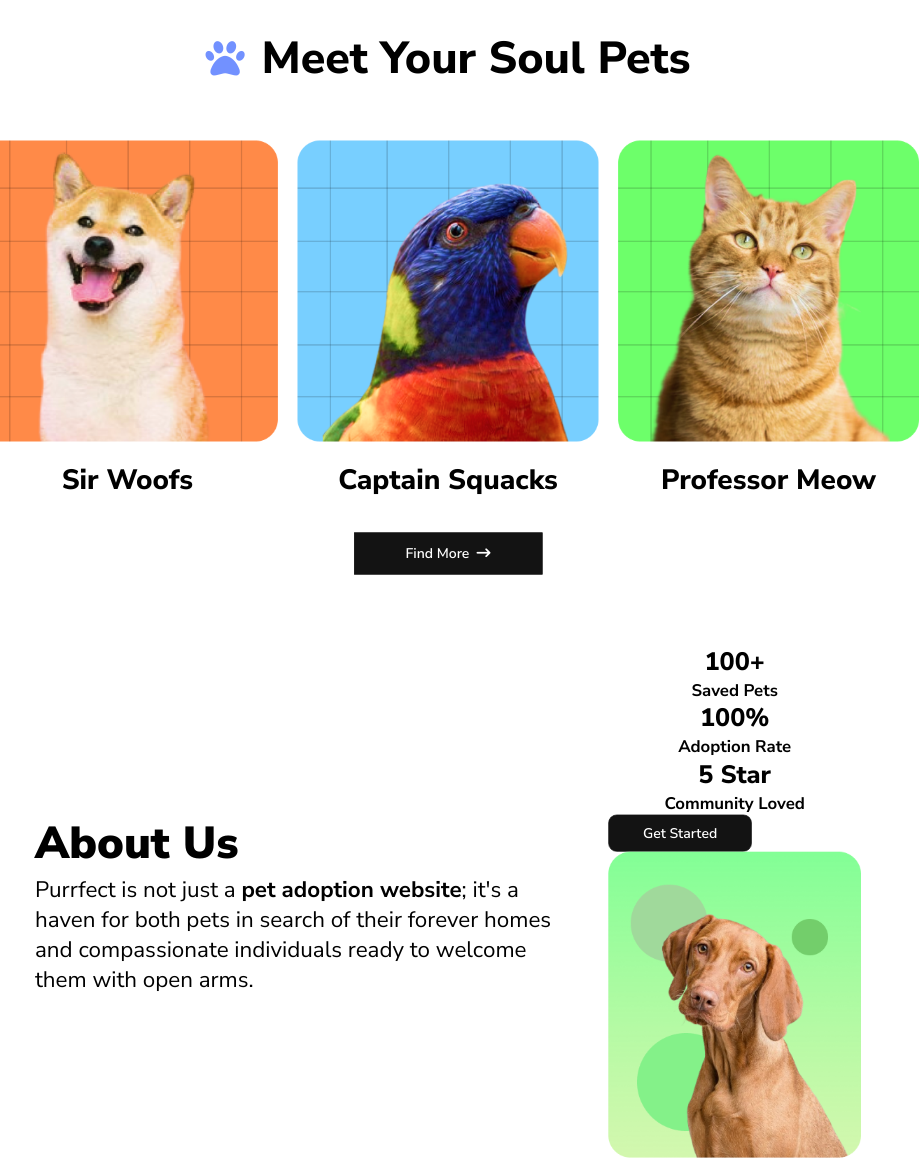
Repository: prashidika/purrfect-pet-adoption
Page: index.html
The author's editor kept a copy of each file at every save. The page is drawn from the files as they stood at one save, then again after the next save.
The browser window is 1280 px wide. The page is 1313 px wide, so the pictures cover 1313 px, including what lies to the right of the window. The pictures show the part of the page from y = 1884 to 3764 px (the page is 3544 px tall before and 3764 px after), at 70% of full size.
Some web libraries are served in a nearby version.

Above is the page before, as saved 2025-08-27 22:51:35.

### index.html
<!DOCTYPE html>
<html lang="en">

<head>
    <meta charset="UTF-8" />
    <!-- Use for responsiveness -->
    <meta name="viewport" content="width=device-width, initial-scale=1.0" />
    <!-- link To CSS -->
    <link rel="stylesheet" href="style.css" />
    <!-- link To JS -->
    <script src="index.js" defer></script>
    <!-- For Scroll Reveal -->
    <script src="https://unpkg.com/scrollreveal"></script>
    <!-- For Icons -->
    <link rel="stylesheet" href="https://cdnjs.cloudflare.com/ajax/libs/font-awesome/6.5.2/css/all.min.css"
        integrity="sha512-SnH5WK+bZxgPHs44uWIX+LLJAJ9/2PkPKZ5QiAj6Ta86w+fsb2TkcmfRyVX3pBnMFcV7oQPJkl9QevSCWr3W6A=="
        crossorigin="anonymous" referrerpolicy="no-referrer" />
    <!-- Link For Gsap -->
    <script src="https://cdnjs.cloudflare.com/ajax/libs/gsap/3.12.5/gsap.min.js"
        integrity="sha512-7eHRwcbYkK4d9g/6tD/mhkf++eoTHwpNM9woBxtPUBWm67zeAfFC+HrdoE2GanKeocly/VxeLvIqwvCdk7qScg=="
        crossorigin="anonymous" referrerpolicy="no-referrer"></script>
    <!-- Link For Gsap - Scroll Trigger -->
    <script src="https://cdnjs.cloudflare.com/ajax/libs/gsap/3.12.5/ScrollTrigger.min.js"
        integrity="sha512-onMTRKJBKz8M1TnqqDuGBlowlH0ohFzMXYRNebz+yOcc5TQr/zAKsthzhuv0hiyUKEiQEQXEynnXCvNTOk50dg=="
        crossorigin="anonymous" referrerpolicy="no-referrer"></script>
    <!-- Link For Lenis - Smooth Scrolling -->
    <script src="https://unpkg.com/@studio-freight/lenis@1.0.42/dist/lenis.min.js"></script>
    <!-- Link For Split Type -->
    <script src="https://cdn.jsdelivr.net/npm/split-type@0.3.4/umd/index.min.js"></script>

    <title>Purrfect | Pet Adoption</title>
</head>

<body></body>

</html>

<!-- Navbar -->
<nav>
    <a href="index.html" class="brand">
        <h1>Purr<b class="accent">fect</b></h1>
    </a>

    <div class="menu">
        <div class="btn">
            <i class="fas fa-times close-btn" aria-label="Close menu"></i>
        </div>
        <a href="index.html">Home</a>
        <a href="index.html#pets">Pets</a>
        <a href="index.html#requirements">Requirements</a>
        <a href="index.html#about">About</a>
        <a href="index.html#stories">Stories</a>
    </div>

    <button class="btn-2" onclick="window.location.href='contact.html'">
        <p>Contact Us</p>
        <i class="fa-solid fa-circle-arrow-right"></i>
    </button>

    <div class="btn">
        <i class="fas fa-bars menu-btn" aria-label="Open menu"></i>
    </div>
</nav>
<!-- Navbar End ---->

<!-- Hero Page Section -->
<section class="heropage">
    <div class="hero-headlines">
        <h1>Find Your Purrfect Pet Soul Today!</h1>
        <p>
            Discover Your Perfect Companion in Our Selection of Loving Pets
            Available for Adoption.

        </p>
        <div class="hero-headlines-buttons">
            <button class="btn-3">Our Pets</button>
            <button class="btn-3 btn-transparent">Contact Us</button>
        </div>
    </div>
    <div class="hero-images">
        <img src="img/hero-img-1.png" alt="img" />
        <img src="img/hero-img-2.png" alt="img" />
        <img src="img/hero-img-3.png" alt="img" />
    </div>
</section>

<!-- Hero Page Section End -->

<!-- Requirement Section -->

<section class="requirements" id="requirements">
    <div class="requirements-headlines">
        <p>Our process is simple and filled with joy every step of the way</p>

        <div class="r-item-container">
            <!-- r item 1 -->
            <div class="r-item">
                <div class="r-logo" style="background-color: #b9ff46">
                    <i class="fa-regular fa-newspaper"></i>
                </div>
                <h5>Submitting an application</h5>
            </div>
            <!-- r item 2 -->
            <div class="r-item">
                <div class="r-logo" style="background-color: #fff846">
                    <i class="fa-solid fa-phone"></i>
                </div>
                <h5>Attending a online interview</h5>
            </div>

            <!-- r item 3 -->
            <div class="r-item">
                <div class="r-logo" style="background-color: #ff8846">
                    <i class="fa-solid fa-paw"></i>
                </div>
                <h5>Meeting the pet in person</h5>
            </div>

            <!-- r item 4 -->
            <div class="r-item">
                <div class="r-logo" style="background-color: #46c7ff">
                    <i class="fa-regular fa-file-zipper"></i>
                </div>
                <h5>Signing an adoption agreement</h5>
            </div>

            <!-- r item 5 -->
            <div class="r-item">
                <div class="r-logo" style="background-color: #4fffca">
                    <i class="fa-solid fa-handshake"></i>
                </div>
                <h5>Congratulations on finding a match</h5>
            </div>
        </div>
    </div>
    <img src="img/requirements-img.png" alt="img" />
</section>
<!-- Requirement Section End -->


<!-- Pets Section -->
<!-- Pets Section -->
<section class="pets" id="pets">
    <div class="pets-headlines">
        <i class="fa-solid fa-paw"></i>
        <h1>Meet Your Soul Pets</h1>
    </div>

    <div class="pets-collection">
        <div class="pet-item">
            <img src="img/pet-item-1.png" alt="Sir Woofs" />
            <h3>Sir Woofs</h3>
        </div>
        <div class="pet-item">
            <img src="img/pet-item-2.png" alt="Sir Woofs" />
            <h3>Captain Squacks</h3>
        </div>
        <div class="pet-item">
            <img src="img/pet-item-3.png" alt="Sir Woofs" />
            <h3>Professor Meow</h3>
        </div>
    </div>
    </div>

    <button class="btn-3 btn-pets">
        <p>Find More</p>
        <i class="fa-solid fa-arrow-right-long"></i>
    </button>
</section>
</section>
<!-- Pets Section End -->

<!-- About Section -->


<div class="about" id="about">
    <div class="about-headlines">
        <h1>About Us</h1>
        <p class="reveal-type" data-bg-color="#cccccc" data-fg-color="black">
            Purrfect is not just a <b>pet adoption website</b>; it's a haven for both
            pets in search of their forever homes and compassionate individuals ready
            to welcome them with open arms.
        </p>
    </div>

    <div class="about-info-divider">
        <div class="about-info-item">
            <h5>100+</h5>
            <h6>Saved Pets</h6>
        </div>
        <div class="about-info-divider">
            <div class="about-info-item">
                <h5>100%</h5>
                <h6>Adoption Rate</h6>
            </div>
            <div class="about-info-divider">
                <div class="about-info-item">
                    <h5>5 Star</h5>
                    <h6>Community Loved</h6>
                </div>
            </div>

            <button class="btn-3">Get Started</button>
        </div>

        <img src="img/about-img.png" alt="img" />

    </div>
    <!-- About Section End -->
    </body>

    </html>

### style.css
@import url("https://fonts.googleapis.com/css2?family=Nunito+Sans:ital,opsz,wght@0,6..12,200..1000;1,6..12,200..1000&display=swap");

* {
    margin: 0;
    padding: 0;
    box-sizing: border-box;
    font-family: "Nunito Sans", sans-serif;
}

:root {
    --accent: #ff9a24;
    --black: #131313;
}

body {
    min-height: 100vh;
}

section {
    min-width: 100%;
    min-height: 100vh;
    background-repeat: no-repeat;
    background-position: center;
    background-size: cover;
}

/* Navbar Section */
nav {
    z-index: 999;
    position: fixed;
    top: 0;
    left: 0;
    width: 100%;
    /* Added % */
    display: flex;
    justify-content: space-between;
    align-items: center;
    /* Fixed typo: 'centre' → 'center' */
    color: var(--black);
    background-color: white;
    padding: 30px 50px;
    transition: all 0.4s ease-out;
    filter: drop-shadow(5px 5px 10px transparent);
}

nav.sticky {
    background-color: white;
    filter: drop-shadow(5px 5px 10px #ffbe745e);
}

.brand {
    text-decoration: none;
    transition: all ease-in-out 0.3s;
    color: var(--black);
}

.brand h1 {
    font-size: 32px;
    font-weight: 900;
}

.accent {
    color: var(--accent);
}

.brand:hover {
    /* Fixed typo: 'brand.hover' → 'brand:hover' */
    opacity: 0.8;
}

.menu {
    display: flex;
    justify-content: center;
    /* Fixed typo: 'centre' → 'center' */
    align-items: center;
    gap: 42px;
}

.menu a {
    display: inline-block;
    position: relative;
    color: var(--black);
    text-decoration: none;
    font-size: 24px;
    font-weight: 400;
    border-radius: 32px;
    background-color: white;
    padding: 10px;
    transition: all 0.2s ease-out;
}

.menu a:hover {
    background-color: var(--accent);
    color: white;
}

.btn {
    color: white;
    font-size: 25px;
    cursor: pointer;
    display: none;
}

.btn-2 {
    display: flex;
    align-items: center;
    /* Fixed typo: 'centre' → 'center' */
    gap: 14px;
    font-size: 24px;
    font-weight: 500;
    color: var(--black);
    transition: all ease-in-out 0.2s;
    background-color: transparent;
    border: none;
    cursor: pointer;
}

.btn-2 i {
    font-size: 32px;
    transition: all 0.2s ease-out;
}

/* Fixed typo: '.btn2:hover i' → '.btn-2:hover i' */
.btn-2:hover i {
    color: var(--accent);
}

.btn-2:hover {
    gap: 10px;
}

/* ----------------- Hero Section ----------------- */
.heropage {
    margin-top: 150px;
    display: flex;
    flex-direction: column;
    align-items: center;
    background-image: url("img/hero-background-image.png");
    background-size: cover;
    background-position: center;
    padding: 100px 20px;
}

.hero-headlines {
    display: flex;
    flex-direction: column;
    align-items: center;
    width: 750px;
    text-align: center;
}

.hero-headlines h1 {
    font-size: 64px;
    font-weight: 900;
    margin-bottom: 20px;
    color: var(--black);
}

.hero-headlines p {
    font-size: 24px;
    font-weight: 600;
    margin-bottom: 40px;
    color: var(--black);
}

/* Hero Buttons */
.hero-headlines-buttons {
    display: flex;
    gap: 20px;
    flex-wrap: wrap;
}

.btn-3 {
    width: 205px;
    height: 53px;
    background-color: var(--black);
    font-size: 20px;
    font-weight: 600;
    color: white;
    border-radius: 12px;
    border: 1px solid var(--black);
    cursor: pointer;
    transition: all 0.2s ease-out;
}

.btn-3:hover {
    background-color: var(--accent);
    border-color: var(--accent);
}

/* Transparent Button */
.btn-transparent {
    background-color: transparent;
    color: var(--black);
    border: 1px solid var(--black);
}

.btn-transparent:hover {
    background-color: var(--accent);
    color: white;
    border-color: var(--accent);
}

/* Hero Images */
.hero-images {
    display: flex;
    margin-top: 56px;
    gap: 35px;
}

/* Requirements Section */
.requirements {
    margin-top: 50px;
    align-items: center;
    justify-content: center;
    display: flex;
    background-image: url("img/requirements-background-img.png");
}

.requirements-headlines {
    width: 658px;
}

.requirements-headlines h1 {
    font-size: 96px;
    font-weight: 900;
}

.requirements-headlines p {
    font-size: 32px;
    font-weight: 600;
    margin-bottom: 49px;
}

.r-item-container {
    display: flex;
    flex-direction: column;
    gap: 18px;
}

.r-item {
    display: flex;
    align-items: center;
    gap: 18px;
}

.r-logo {
    width: 50px;
    height: 50px;
    border: 1px solid var(--black);
    border-radius: 100%;
    display: flex;
    align-items: center;
    justify-content: center;
}

.r-logo i {
    font-size: 28px;
}

.r-item h5 {
    font-size: 32px;
    font-weight: 600;
}

/* Pets Section */
.pets {
    display: flex;
    flex-direction: column;
    align-items: center;
    margin-top: 74px;
}

.pets-headlines {
    display: flex;
    justify-content: center;
    align-items: center;
    gap: 24px;
}

.pets-headlines i {
    font-size: 56px;
    color: #7291ff;
}

.pets-headlines h1 {
    font-size: 64px;
    font-weight: 800;
}

.pets-collection {
    display: flex;
    gap: 28px;
    margin-top: 74px;
}

.pet-item {
    display: flex;
    flex-direction: column;
    align-items: center;
    gap: 28px;
    transition: 0.5s ease-out;
}

.pet-item h3 {
    font-size: 40px;
    font-weight: 800;
}

.btn-pets {
    width: 269px;
    height: 60px;
    /* added px */
    display: flex;
    align-items: center;
    justify-content: center;
    gap: 10px;
    border-radius: 0px;
    margin-top: 48px;
}

/* About Section */
.about {
    display: flex;
    align-items: center;
    justify-content: center;
    gap: 40px;
    margin-top: 100px;
    padding: 0 50px;

    /* makes it responsive */
}

.about-headlines {
    display: flex;
    flex-direction: column;
    width: 885px;
}

.about-headlines h1 {
    font-size: 64px;
    font-weight: 900;
}

.about-headlines p {
    font-size: 32px;
    font-weight: 400;
}

.about-info {
    display: flex;
    margin-top: 20px;
    justify-content: center;
    gap: 76px;
    margin-top: 40px;
}

.about-info-item {
    display: flex;
    flex-direction: column;
    align-items: center;
}

.about-info-item h5 {
    font-size: 36px;
    font-weight: 800;
    display: flex;
}

.about-info-item h6 {
    font-size: 24px;
    font-weight: 700;
    display: flex;
}

.about-headlines button {
    margin-top: 48px;
}

.about-headlines button:hover {
    background-color: #5677e6;
}

### index.js
// NAVBAR
const navbar = document.querySelector("nav");

// Scroll effect
window.addEventListener("scroll", () =>
    navbar.classList.toggle("sticky", window.scrollY > 0)
);

// Menu toggle
const menu = document.querySelector(".menu");
const toggleMenu = () => menu.classList.toggle("active");

// Event listeners for open/close menu
document.querySelector(".menu-btn").addEventListener("click", toggleMenu);
document.querySelector(".close-btn").addEventListener("click", toggleMenu);

// Close menu when clicking a link
document
    .querySelectorAll(".menu a")
    .forEach((link) => link.addEventListener("click", toggleMenu));

After the next save:
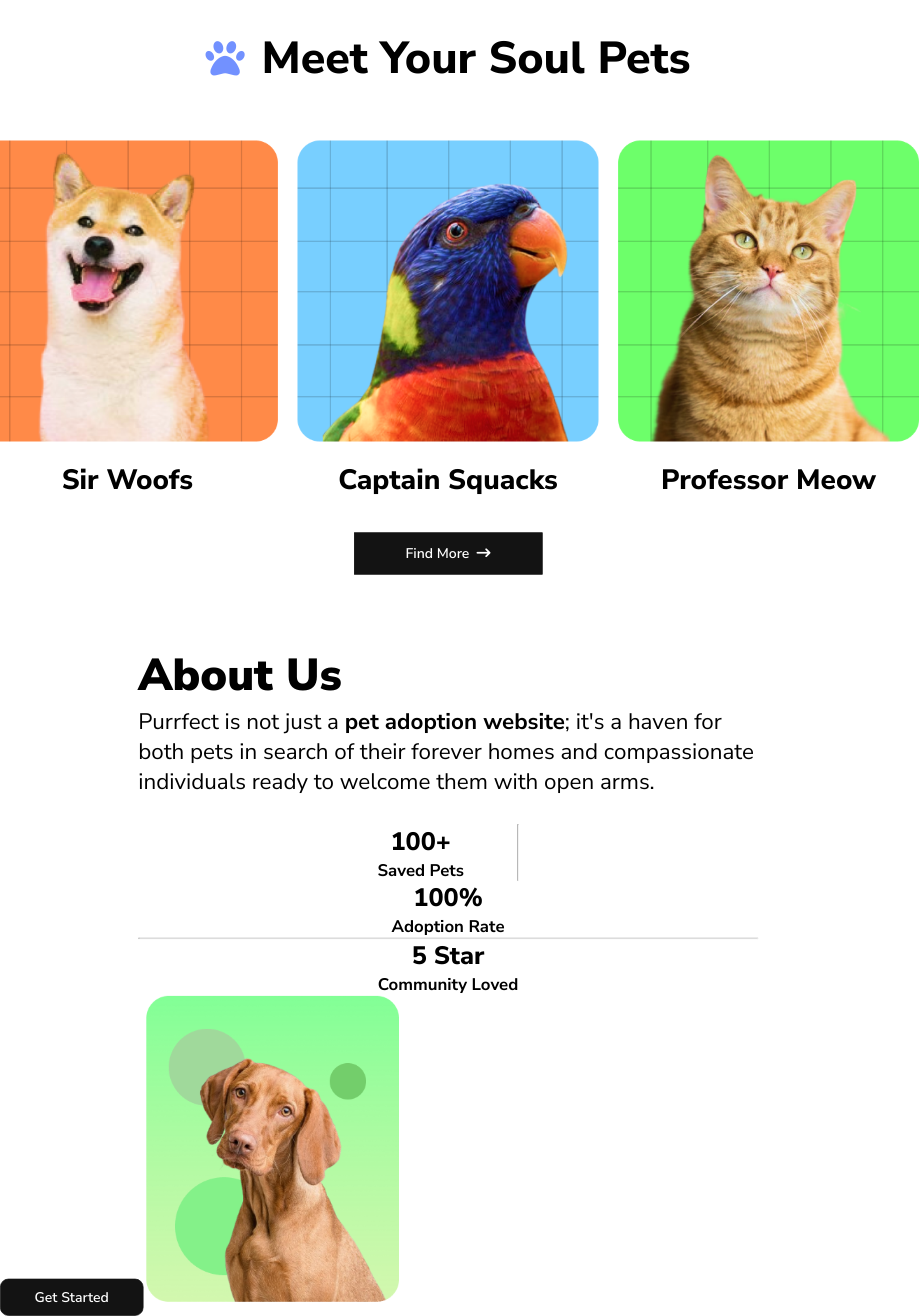
Saved 11 min 54 s later.
--- a/index.html
+++ b/index.html
@@ -181,32 +181,32 @@
             pets in search of their forever homes and compassionate individuals ready
             to welcome them with open arms.
         </p>
-    </div>
-
-    <div class="about-info-divider">
+        <div class="about-info">
+            <div class="about-info-item">
+                <h5>100+</h5>
+                <h6>Saved Pets</h6>
+            </div>
+            <hr class="about-info-divider" />
+        </div>
         <div class="about-info-item">
-            <h5>100+</h5>
-            <h6>Saved Pets</h6>
-        </div>
-        <div class="about-info-divider">
-            <div class="about-info-item">
-                <h5>100%</h5>
-                <h6>Adoption Rate</h6>
-            </div>
-            <div class="about-info-divider">
-                <div class="about-info-item">
-                    <h5>5 Star</h5>
-                    <h6>Community Loved</h6>
-                </div>
-            </div>
-
-            <button class="btn-3">Get Started</button>
-        </div>
-
-        <img src="img/about-img.png" alt="img" />
-
-    </div>
-    <!-- About Section End -->
-    </body>
-
-    </html>
+            <h5>100%</h5>
+            <h6>Adoption Rate</h6>
+        </div>
+        <hr class="about-info-divider" />
+        </d>
+        <div class="about-info-item">
+            <h5>5 Star</h5>
+            <h6>Community Loved</h6>
+        </div>
+    </div>
+</div>
+<button class="btn-3">Get Started</button>
+</div>
+
+<img src="img/about-img.png" alt="img" />
+
+</div>
+<!-- About Section End -->
+</body>
+
+</html>
